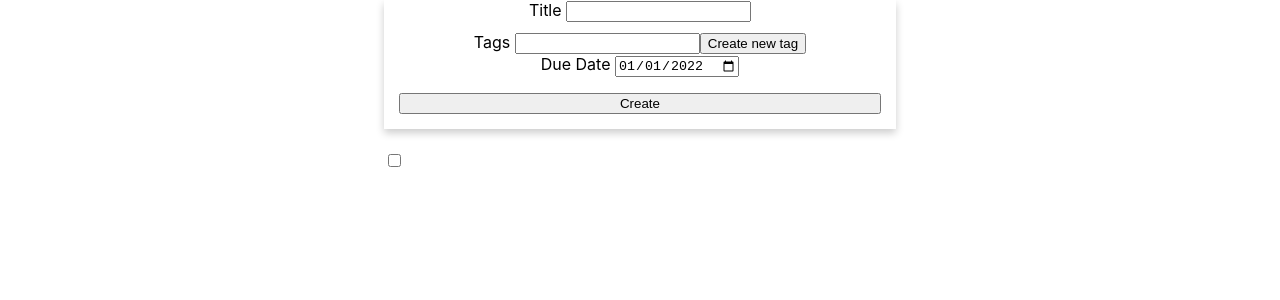
Repository: sanjayMamidipaka/reactappbits
Page: /, after clicking the first element matching `div.submitButton > button`
An editor plug-in stored every save of this project. The page is shown before and after a run of saves, followed by the edit.
The browser window is 1280 px wide. The pictures show the whole page.
The project was rebuilt for these pictures with package versions that can differ from the ones it lists, and the page was loaded fresh each time. Also part of the build but not shown: src/components/Tag.css, src/components/Tag.tsx.

Above is the page before, as saved 2022-01-18 17:52:03.

### src/App.tsx
import logo from './logo.svg';
import './App.css';
import TodoList from './components/TodoList';

function App() {
  return (
    <div className="App">
      <TodoList/>
    </div>
  );
}

export default App;

### src/components/TodoList.tsx
import React, { EventHandler } from 'react'
import './TodoList.css'
import { useState } from 'react'
import Tag from './Tag'
import TodoItem from './TodoItem'
/**
 * Thank you for applying to Bits of Good. You are free to add/delete/modify any
 * parts of this project. That includes changing the types.ts, creating css files,
 * modifying import statements, using contexts, etc. We do recommend to keep it simple.
 * You will not be judged based on complexity. We also recommend using
 * multiple components instead of coding everything on this file :)
 *
 * Have fun! Please reach out to hello@bitsofgood.org or wkim330@gatech.edu if you
 * have any questions!
 *
 * Bits of Good Engineering Team
 *
 */
// TODO: Start coding from here

// Here's a baseline todo item type.
// Feel free to extend or create your own interface!

export default function TodoList() {
  const [title, setTitle] = useState('');
  const [tagValue, setTagValue] = useState('');
  const [index, setIndex] = useState(0);
  const [date, setDate] = useState('2022-01-01');
  const completedItems: any[] = [];
  const [todoListCompletedItems, setTodoListCompletedItems] = useState(completedItems);

  const [tagArray, setTagArray] = useState<{name1: string, index1: number}[]>([]);

    const addNewTag = (e: React.MouseEvent<HTMLButtonElement>) => {
      e.preventDefault();
      if (tagValue !== "") {
        setTagArray((tagArray: {name1: string, index1: number}[]) => {
          return [...tagArray, {name1: tagValue, index1: index}];
        });
      }
      setIndex(index + 1);
      setTagValue('');

    }

    const removeElement = (index: number) => {
      setTagArray((tagArray)=>{
        let newTagArray = tagArray.filter((tagObject) => tagObject.index1 !== index);

        return newTagArray;
      })
      console.log(tagArray);

    }

    const handleSubmit = (e: React.MouseEvent<HTMLButtonElement>) => {
      const itemToAdd: any = {
      title: title,
      dueDate: date,
      tagList: tagArray,
      completed: false,
      idx: new Date().getTime().toString()
    }
    setTitle('');
    setTodoListCompletedItems([...todoListCompletedItems, itemToAdd]);
    setTagArray([]);
    }
  return (
    <div>
  <div className="card">
    <label htmlFor="nameLabel">Title </label>
        <input
          type="text"
          value={title}
          onChange={(e) => setTitle(e.target.value)}
        />
        <div style={{padding: '5px'}}></div>

        <label htmlFor="tagLabel">Tags </label>
        <input
          type="text"
          value={tagValue}
          onChange={(e) => setTagValue(e.target.value)}
        />
        <button type="submit" onClick={addNewTag}>
          Create new tag
        </button>

        <div>
          {tagArray.map((tagObject: {name1: string, index1: number}) => {
            return <Tag name={tagObject.name1} key={tagObject.index1} theIndex={tagObject.index1} remove={removeElement} include={"x"}></Tag>
          })}
        </div>

        <label htmlFor="dueDateLabel">Due Date </label>
        <input
          type="date"
          value={date}
          onChange={(e) => setDate(e.target.value)}
        />

        <div style={{padding: '15px'}} className = 'submitButton'>
          <button style ={{width: '100%'}} type='submit' onClick={handleSubmit}>Create</button>
        </div>

</div>

      <div>
          {todoListCompletedItems.map((todoListItem) => {
            return <TodoItem todoListItem={todoListItem} key={todoListItem.idx} index={todoListItem.idx}></TodoItem>
          })}
        </div>

        </div>
  )
}

### src/components/TodoList.css
.card {
  /* Add shadows to create the "card" effect */
  box-shadow: 0 4px 8px 0 rgba(0,0,0,0.2);
  transition: 0.3s;
  width: 40%;
  margin: 0 auto;
}

/* On mouse-over, add a deeper shadow */
.card:hover {
  box-shadow: 0 8px 16px 0 rgba(0,0,0,0.2);
}

/* Add some padding inside the card container */
.container {
  padding: 2px 16px;
}

### src/components/TodoItem.tsx
import React, { EventHandler } from 'react'
import Tag from './Tag';

export default function TodoItem({todoListItem, index}: {todoListItem: any, index: string}) {
    const {title, dueDate, tagList, completed} = todoListItem;

    return (
        <div className="card">
            <input type="checkbox" style={{float: "left"}}/>
            <h1>{title}</h1>
            {tagList.map((tagObject: {name1: string, index1: number}, index: number) => {
                return <Tag name={tagObject.name1} key={tagObject.index1} theIndex={tagObject.index1} remove={()=>{}} include={""}></Tag>
            })}
        </div>
    )
}

Loaded but not shown: public/index.html (common file); src/index.tsx (common file); src/index.css (common file); src/reportWebVitals.js (common file); src/App.css (common file)

After the next 4 saves:
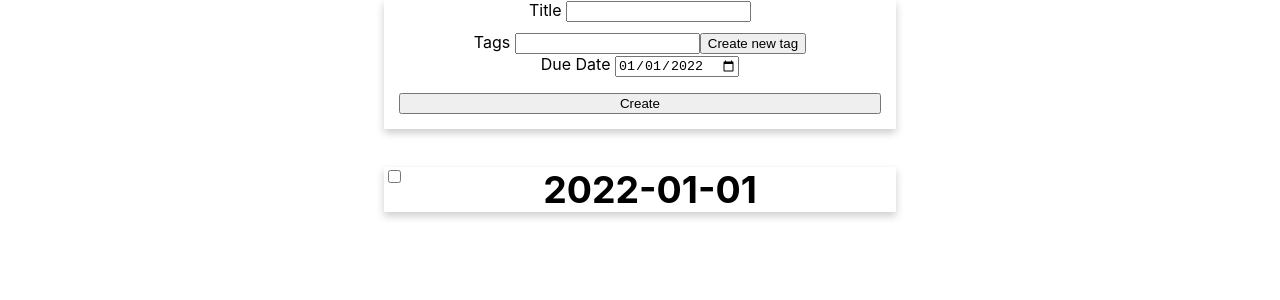
The 4 saves are shown as one change because they came seconds apart.
The last was saved 48 s later.
--- a/src/components/TodoItem.tsx
+++ b/src/components/TodoItem.tsx
@@ -7,7 +7,7 @@
     return (
         <div className="card">
             <input type="checkbox" style={{float: "left"}}/>
-            <h1>{title}</h1>
+            <h1>{title} <h3>{dueDate}</h3></h1>
             {tagList.map((tagObject: {name1: string, index1: number}, index: number) => {
                 return <Tag name={tagObject.name1} key={tagObject.index1} theIndex={tagObject.index1} remove={()=>{}} include={""}></Tag>
             })}

After the save that followed:
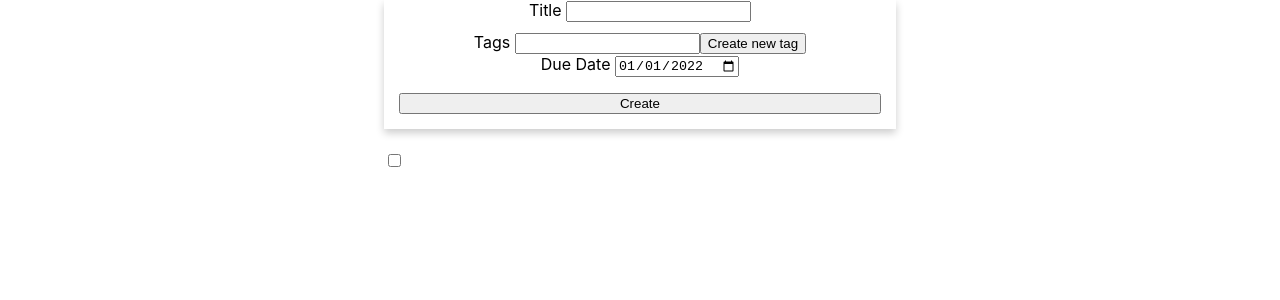
Saved 17 s later.
--- a/src/components/TodoItem.tsx
+++ b/src/components/TodoItem.tsx
@@ -7,7 +7,7 @@
     return (
         <div className="card">
             <input type="checkbox" style={{float: "left"}}/>
-            <h1>{title} <h3>{dueDate}</h3></h1>
+            <h1>{title}</h1>
             {tagList.map((tagObject: {name1: string, index1: number}, index: number) => {
                 return <Tag name={tagObject.name1} key={tagObject.index1} theIndex={tagObject.index1} remove={()=>{}} include={""}></Tag>
             })}
